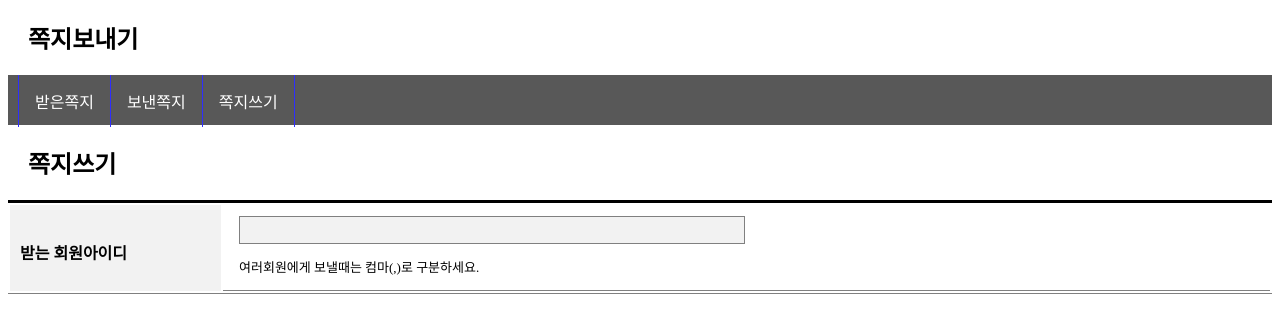
Repository: ks12b0000/JSP-School-Class
Page: chap10_JSP/src/main/webapp/Test/sendMessage.html
The author's editor kept a copy of each file at every save. The page is drawn from the files as they stood at one save, then again after the next save.
The browser window is 1280 px wide. The pictures show the whole page.

Above is the page before, as saved 2022-06-04 11:15:28.

### chap10_JSP/src/main/webapp/Test/sendMessage.html
<!DOCTYPE html>
<html>
<head>
	<meta charset="UTF-8">
	<meta name="viewport" content="width=device-width, initial-scale=1.0">
	<title>쪽지쓰기</title>
	<link rel="stylesheet" href="loginWrite.css" />
</head>
<body>
	<h2>쪽지보내기</h2>
	<div class="menu1">
		<ul>
			<li><a href="#" id="a1">받은쪽지</a></li>
			<li><a href="#">보낸쪽지</a></li>
			<li><a href="#">쪽지쓰기</a></li>
		</ul>
	</div>
	<h2>쪽지쓰기</h2>
	<table class="Profile3">
		<tr>
			<th id="id12"><strong>받는 회원아이디</strong></th>
			<td><input type="text" /><br/><p>여러회원에게 보낼때는 컴마(,)로 구분하세요.</p></td>

		</tr>
	</table>
</body>
</html>

### chap10_JSP/src/main/webapp/Test/loginWrite.css
@charset "UTF-8";
	body h2 {
		margin-left: 20px;
	}
	.login1 {
		width: 500px;
		border: 1px solid gray;
		margin: 40px;
		padding: 40px;

	}
	.login1 #id {
		width: 400px;

		padding: 4px;
	}
	.login1 #id input {

		margin-left: 30px;
	}
	.login1 #pw {

		padding: 4px;
	}
	.login1 #pw input {

		margin-left: 52px;
	}
	.login1 #login_Bt {
		text-align: right;
		margin-top: -50px;
		margin-right: 120px;
	}
	.login1 #login_Bt input {
		margin-left: 5px;
		padding: 12px;
		border: 1px solid white;
		background-color: #A5DF00;
		color: white;
	}
	.login1 #login_Ck {
		margin-top: 10px;
	}
	.login2 {
		border: 1px solid gray;
		font-size: 13px;
		background-color: #F2F2F2;
		width: 500px;
		margin: 40px;
		padding: 40px;
		margin-top: -50px;

	}
	.login2 h3 {
		margin-top: -20px;
		margin-left: -30px;
	}
	.login2 p {
		margin-top: -20px;
		margin-left: -30px;
	}
	.login2 form {
		margin-top: 10px;
		margin-left: 250px;

	}
	.login2 #idpw_bt {
		border: 1px solid white;
		background-color: #A5DF00;
		color: white;
	}
	.login2 #signup {
		border: 1px solid #BFFF00;
		background-color: white;
		color: #80FF00;
	}
	body #mainback {
		margin-left: 220px;
		text-decoration: none;
		color: black;
	}
	body #em2 {
		border-top: 1px solid gray;
		margin-left: 20px;
		padding-top: 15px;
	}
	#email1 {
		margin-left: 20px;
		font-size: 19px;
	}
	#email1 input {
		width: 500px;
		height: 30px;
	}
	.button {
		margin-top: 40px;
		margin-left: 250px;
	}
	.button #Confirm {
		margin-left: 5px;
		padding: 12px;
		width: 150px;
		border: 1px solid white;
		background-color: #A5DF00;
		color: white;
	}
	.button #close {
		margin-left: 5px;
		padding: 12px;
		width: 100px;
		border: 1px solid white;
		background-color: #0B3B39;
		color: white;
	}
	body #tm2 {
		color: red;
		text-align: center;
	}
	body #tm3,#tm5 {
		text-align: center;
	}
	body #tm4,#tm6 {
		border: 1px solid black;
		width: 1300px;
		height: 300px;
		background-color: #D8D8D8;
		margin-left: 10px;
	}
	#terms_Ck,#terms_Ck2 {
		text-align: right;
	}
	#signup3 {
		text-align: center;
	}
	#signup3 input {
		margin-left: 5px;
		padding: 12px;
		border: 1px solid white;
		background-color: #A5DF00;
		color: white;
	}
	.button3 {
		text-align: right;
		margin-top: -50px;
		margin-right: 10px;
	}
	.button3 #notebox {
		border: 1px solid #BFFF00;
		background-color: white;
		color: #80FF00;
		padding: 6px;
	}
	.button3 #Revise {
		border: 1px solid #BFFF00;
		background-color: white;
		color: #80FF00;
		padding: 6px;
	}
	.button3 #secession {
		border: 1px solid white;
		background-color: #A5DF00;
		color: white;
		padding: 6px;
	}
	.Profile {
		border: 1px solid gray;
		border-collapse: collapse;
		margin-top: 15px;
		width: 100%;
		height: 150px;
		background-color: #FAFAFA;
	}
	.Profile th,td {
		border-bottom: 1px solid gray;
	}
	.Profile2 {
		border-top: 3px solid black;
		width: 100%;
		background-color: #F2F2F2;
		height: 50px;
		border-bottom: 1px solid gray;
		margin-top: 20px;
	}
	#hh3 {
		margin-left: 10px;
	}
	.Contents {
		text-align: center;
		margin-top: 100px;
		border-bottom: 1px solid gray;
		height: 100px;
	}
	.menu1 ul {
		background-color: #585858;
		height: 50px;
		margin: 0;
		padding: 0;
		list-style: none;

	}
	.menu1 li {
		float: left;
		border-right: 1px solid #2E2EFE;
	}
	.menu1 li a {
		padding-left: 10px;
		color: white;
		text-decoration: none;
		display: block;
		text-align: center;
		padding: 14px 16px;
	}
	.menu1 #a1 {
		border-left: 1px solid #2E2EFE;
		margin-left: 10px;
	}
	.guide {
		text-align: left;
	}
	.button2 {
		text-align: center;
	}
	.button2 #close2 {
		text-align: center;
		padding: 10px;
		width: 80px;
		border: 1px solid white;
		background-color: #0B4C5F;
		color: white;
	}
	.Profile3 {
		border-top: 3px solid black;
		width: 100%;
		height: 50px;
		border-bottom: 1px solid gray;
		margin-top: 20px;
	}
	.Profile3 #id12 {
		margin-top: 20px;
		padding-left:10px;
		padding-top: 10px;
		text-align: left;
		width: 200px;
		background-color: #F2F2F2;
		height: 60px;
	}
	.Profile3 input {
		background-color: #F2F2F2;
		margin-left: 15px;
		margin-top: 10px;
		padding-top: 10px;
		border: 1px solid gray;
		width: 500px;
	}
	.Profile3 p {
		font-size: 13px;
		margin-left: 15px;
	}

After the next save:
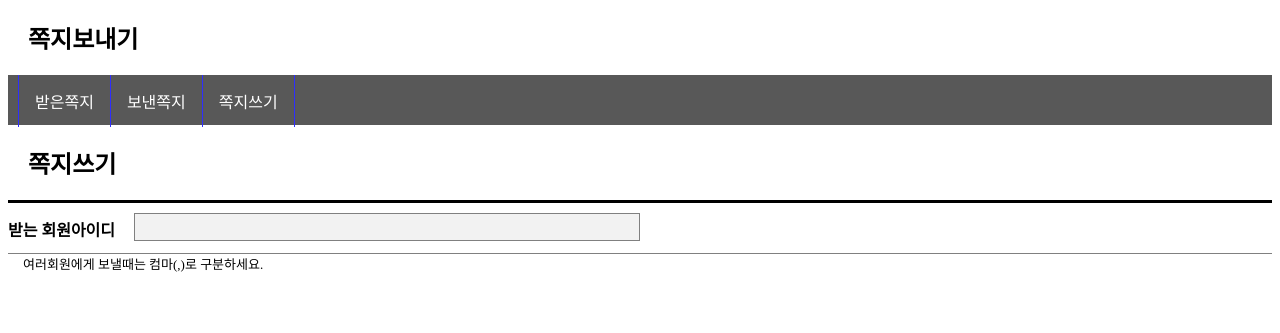
Saved 2 min 39 s later.
--- a/chap10_JSP/src/main/webapp/Test/sendMessage.html
+++ b/chap10_JSP/src/main/webapp/Test/sendMessage.html
@@ -16,12 +16,9 @@
 		</ul>
 	</div>
 	<h2>쪽지쓰기</h2>
-	<table class="Profile3">
-		<tr>
-			<th id="id12"><strong>받는 회원아이디</strong></th>
-			<td><input type="text" /><br/><p>여러회원에게 보낼때는 컴마(,)로 구분하세요.</p></td>
-
-		</tr>
-	</table>
+	<div class="Profile3">
+			<strong>받는 회원아이디</strong>
+			<input type="text" /><br/><p>여러회원에게 보낼때는 컴마(,)로 구분하세요.</p>
+	</div>
 </body>
 </html>
